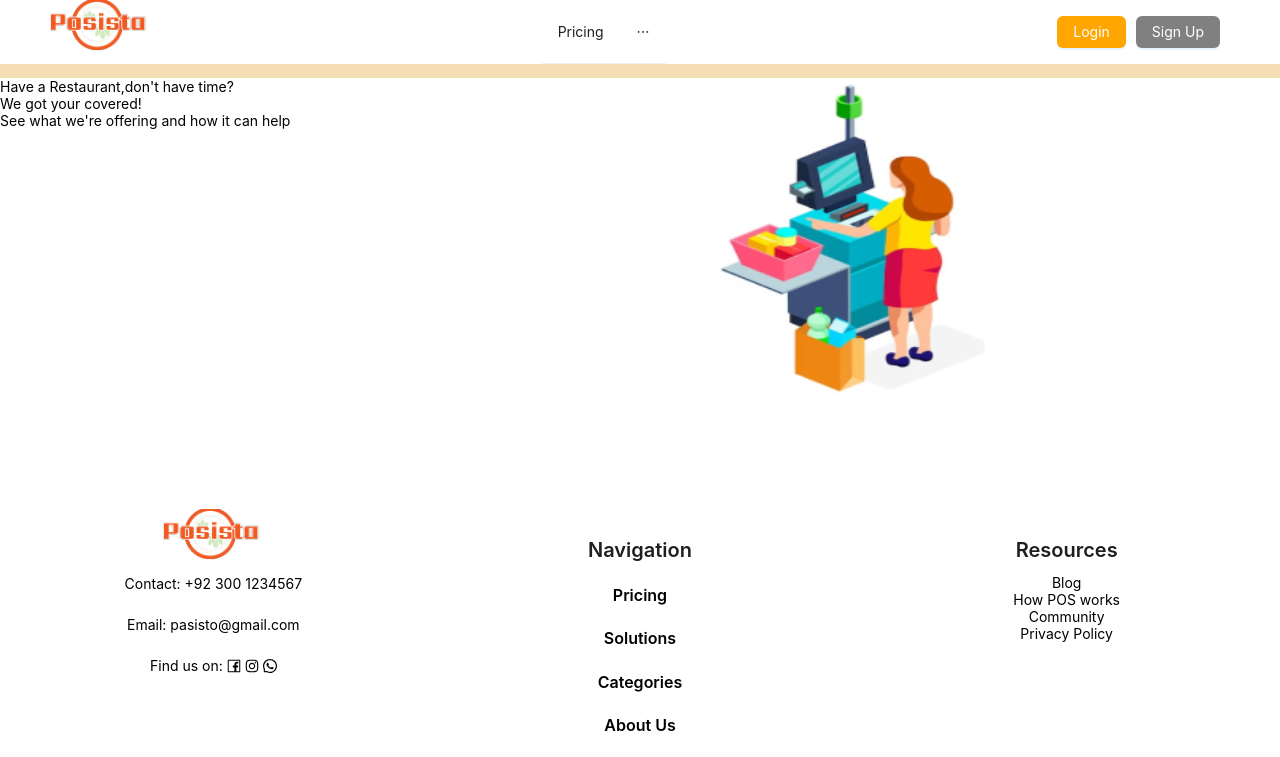
Repository: usmanarshad90/Posista
Page: / (app in test/)
An editor plug-in stored every save of this project. The page is shown before and after a run of saves, followed by the edit.
The browser window is 1280 px wide. The pictures show the whole page.
The project was rebuilt for these pictures with package versions that can differ from the ones it lists, and the page was loaded fresh each time. Also part of the build but not shown: test/src/components/Pricing/Pricing.jsx, test/src/components/Solution/Solutions.jsx, test/src/components/About/AboutUs.jsx, test/src/components/login/login.jsx, test/src/components/signup/signup.jsx.

Above is the page before, as saved 2023-11-28 14:53:24.

### test/public/index.html
<!DOCTYPE html>
<html lang="en">
  <head>
    <meta charset="utf-8" />
    <link rel="icon" href="%PUBLIC_URL%/favicon.ico" />
    <meta name="viewport" content="width=device-width, initial-scale=1" />
    <meta name="theme-color" content="#000000" />
    <meta
      name="description"
      content="Web site created using create-react-app"
    />
    <link rel="apple-touch-icon" href="%PUBLIC_URL%/logo192.png" />

    <link rel="manifest" href="%PUBLIC_URL%/manifest.json" />

    <title>Posisto</title>
  </head>
  <body>
    <noscript>You need to enable JavaScript to run this app.</noscript>
    <div id="root"></div>



  </body>
</html>

### test/src/index.css
body {
  margin: 0;
  font-family: -apple-system, BlinkMacSystemFont, 'Segoe UI', 'Roboto', 'Oxygen',
    'Ubuntu', 'Cantarell', 'Fira Sans', 'Droid Sans', 'Helvetica Neue',
    sans-serif;
  -webkit-font-smoothing: antialiased;
  -moz-osx-font-smoothing: grayscale;
}

code {
  font-family: source-code-pro, Menlo, Monaco, Consolas, 'Courier New',
    monospace;
}
.background{
  background-image: url("./images/background.jpg")!important;

}



/* .container{
  max-width: 1000px;
  margin: auto;
  width: 100%;
  padding-inline: 1rem;
  padding-block:5rem;

} */

### test/src/App.js
import {BrowserRouter  as Router , Routes , Route} from 'react-router-dom'
import Home from './components/Home/Home';

import Pricing from './components/Pricing/Pricing';
import Solutions from './components/Solution/Solutions';
import AboutUs from './components/About/AboutUs';
import Login from './components/login/login';
import SignUp from './components/signup/signup';


function App() {
  return (
    <Router>
    {/* if i can do it like this all pages come on the header */}

      <Routes>

        {/* if i can do it like this header individually come on the each page*/}

        <Route path="/" element={< Home/>} />
        <Route path="/login" element={<Login/>}/>
        <Route path="/signup" element={<SignUp/>} />

        <Route path="/pricing" element={< Pricing/>} />
        <Route path="/solution" element={< Solutions/>} />
        <Route path="/about" element={<AboutUs/>} />

        </Routes>
        {/* for footer i can call here */}

        </Router>
  );
}

export default App;

### test/src/components/Home/Home.jsx
import React from 'react'
import PageHeader from '../PageHeader/PageHeader'
import HeroSection from '../HeroSection/HeroSection'
import PageFooter from '../Footer/Footer'

const Home = () => {
  return (
    <>
    <PageHeader/>
    <HeroSection/>



    <PageFooter/>

    </>
  )
}

export default Home

### test/src/components/PageHeader/PageHeader.jsx
import React from 'react'
import { Layout, Menu, Button, Row, Col } from 'antd';
import { Link } from 'react-router-dom';
import logoimage from '../../images/posistologo.png'
import {HomeOutlined, UserOutlined,SettingOutlined,} from '@ant-design/icons';

const { Header } = Layout;
const PageHeader = () => {
  return (
    <Row>
      <Col lg={24} xl={24} md={12} xs={4} >
    <Layout className="layout">
    <Header style={{ display: 'flex', justifyContent: 'space-between' ,backgroundColor: 'white' }}>
      <div className="logo" >

      <Link to={'/'}><img src={logoimage} alt="" width="100px"  /></Link>
        </div>
      <Menu  mode="horizontal" style={ {color:'black',backgroundColor: 'transparent'}} >
        <Link to={'/pricing'} ><Menu.Item key="1" >Pricing</Menu.Item></Link>


        <Link to={'/solution'} ><Menu.Item key="2" >Solutions</Menu.Item></Link>

        <Link to={'/about'} ><Menu.Item key="3" >About Us</Menu.Item></Link>
      </Menu>

      <div>

        <Link to="/login"><Button type="primary" style={{ marginRight: '10px', backgroundColor: 'orange' }}>Login</Button>
        </Link>
        <Link to="/signup"><Button type="primary" style={{ marginRight: '10px', backgroundColor: 'grey' }}>Sign Up</Button></Link>
      </div>




    </Header>
  </Layout>
  </Col>
  </Row>
  )
}

export default PageHeader;

### test/src/components/HeroSection/HeroSection.jsx
import React from 'react'
import { Row,Col,Image,Divider} from 'antd';

import image from '../../images/design.png'

const HeroSection = () => {




      const DemoBox = (props) => <p className={`height-${props.value}`}>{props.children}</p>;
  return (
    <>
    <Row  >
      <Col  lg={{ span:24, order: 1 }} md={24} xs={24} xl={24} xxl={24}  style={{background:'wheat'}}>
      <DemoBox value={'100%'}> </DemoBox>
        </Col>

    <Col lg={{ span: 12, order: 2 }} md={8} xs={4} xl={12}>

    <div   >

         Have a Restaurant,don't have time? <br />
         We got your covered! <br/>

         <div   >See what we're offering and how it can help <br />


         </div>
    </div>
    </Col>
    <Col lg={{ span: 12, order: 3 }}md={8} xs={4} xl={12}>
    <Image width={'70%'} preview={false} height={'90%'} src={image} alt="#" />

    </Col>
   </Row>
   </>
  )
}

export default HeroSection

### test/src/components/Footer/Footer.jsx
import React from 'react';
import { Layout, Menu, Row, Col, Typography } from 'antd';
import { Link } from 'react-router-dom';
import logoimage from '../../images/posistologo.png';
import { FacebookOutlined, InstagramOutlined, WhatsAppOutlined } from '@ant-design/icons';

const Footer = () => {
  const style = {
    padding: '12px',
    textAlign: 'center', // Center text within each column
    color:'black',
  };

  return (
    <Row>
      <Col lg={{ span: 8, order: 1 }} md={6} xs={4} xl={8} xxl={8} style={style}>
        <div className="logo" >
          <Link to={'/'}>
            <img src={logoimage} alt="" width="100px" />
          </Link>
        </div>
        <div style={style}>Contact: +92 300 1234567</div>
        <div style={style}>Email: pasisto@gmail.com</div>
        <div style={style}>
          Find us on: <FacebookOutlined /> <InstagramOutlined /> <WhatsAppOutlined />
        </div>
      </Col>

      <Col lg={{ span: 8, order: 1 }} md={6} xs={4} xl={8} xxl={8} style={style}>
        <Typography.Title level={4} >Navigation </Typography.Title>
        <Typography.Title level={5}>
          <Link to={'/pricing'} style={{ color: 'black' }} >
            Pricing
          </Link>{' '}
        </Typography.Title>
        <Typography.Title level={5}>
          <Link to={'/solution'} style={{ color: 'black' }}>
            Solutions
          </Link>
        </Typography.Title>
        <Typography.Title level={5}>
          <Link to={'/about'} style={{ color: 'black' }}>
            Categories
          </Link>
        </Typography.Title>
        <Typography.Title level={5}>
          <Link to={'/about'} style={{ color: 'black' }}>
            About Us
          </Link>
        </Typography.Title>
      </Col>

      <Col lg={{ span: 8, order: 1 }} md={6} xs={4} xl={8} xxl={8} style={style}>
        <Typography.Title level={4}>Resources</Typography.Title>
        <div>Blog</div>
        <div>How POS works</div>
        <div>Community</div>
        <div>Privacy Policy</div>
      </Col>
    </Row>
  );
};

export default Footer;

Loaded but not shown: test/src/index.js (common file)

After the next 2 saves:
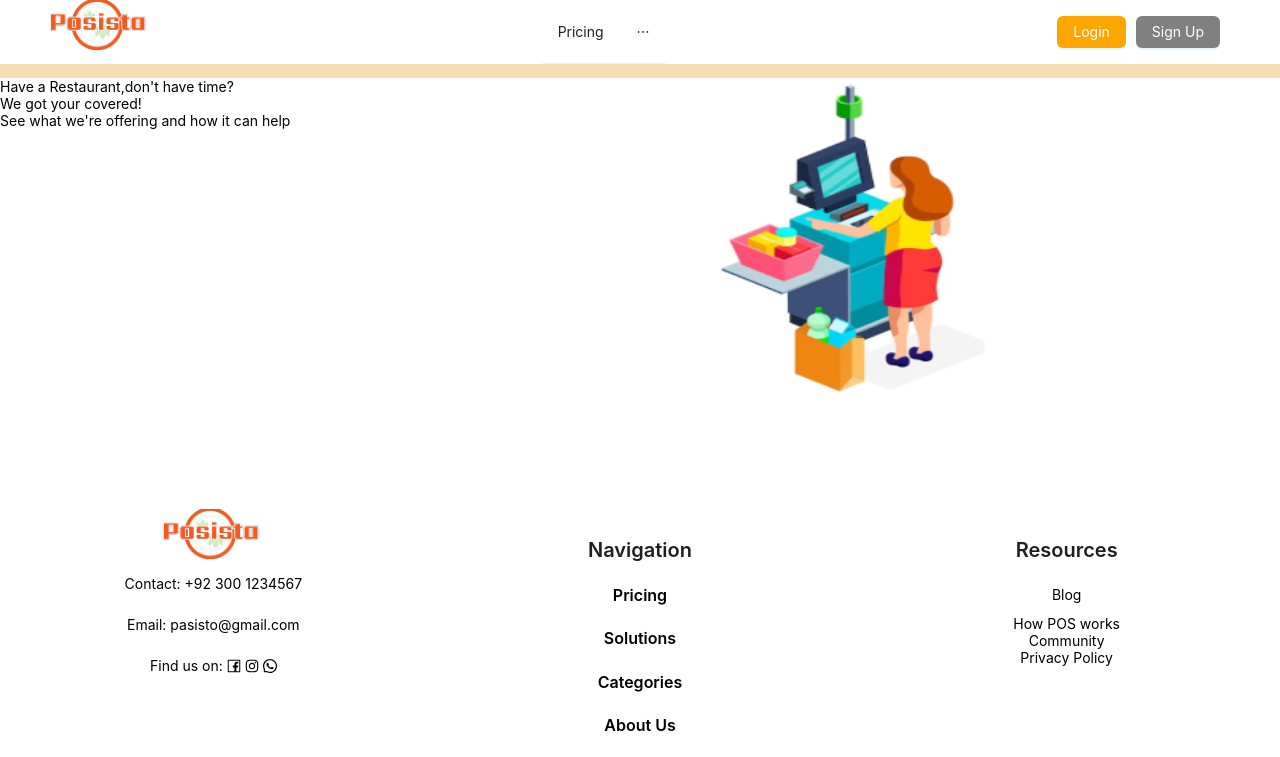
The 2 saves are shown as one change because they came seconds apart.
The last was saved 30 s later.
--- a/test/src/components/Footer/Footer.jsx
+++ b/test/src/components/Footer/Footer.jsx
@@ -52,7 +52,7 @@ const Footer = () => {
 
       <Col lg={{ span: 8, order: 1 }} md={6} xs={4} xl={8} xxl={8} style={style}>
         <Typography.Title level={4}>Resources</Typography.Title>
-        <div>Blog</div>
+        <div style={style}>Blog</div>
         <div>How POS works</div>
         <div>Community</div>
         <div>Privacy Policy</div>
